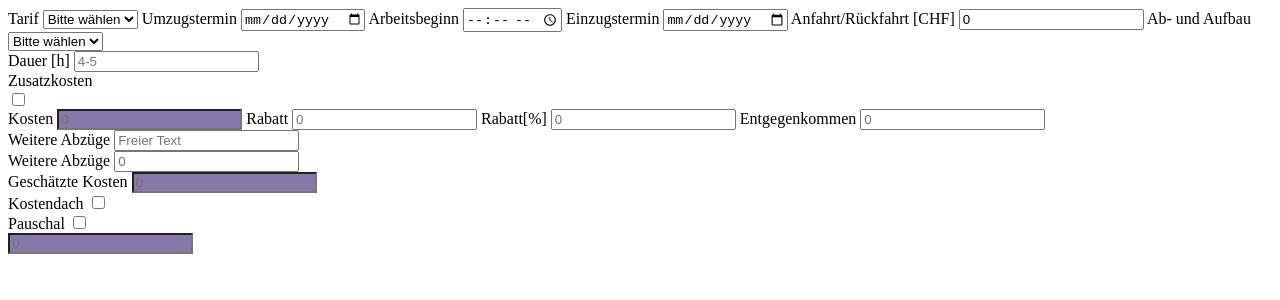
Repository: oguzhansade/SwissTransport
Page: resources/views/front/offer/offerUmzug2.blade.php
An editor plug-in stored every save of this project. The page is shown before and after the next save, followed by the edit.
The browser window is 1280 px wide. The pictures show the whole page.
The page is served by the project's Laravel application, run on PHP 8.4 with Laravel 9. The template is opened directly, without the code that normally fills it, so the values that code supplies are empty.

Above is the page before, as saved 2023-02-04 14:30:08.

After the next save:
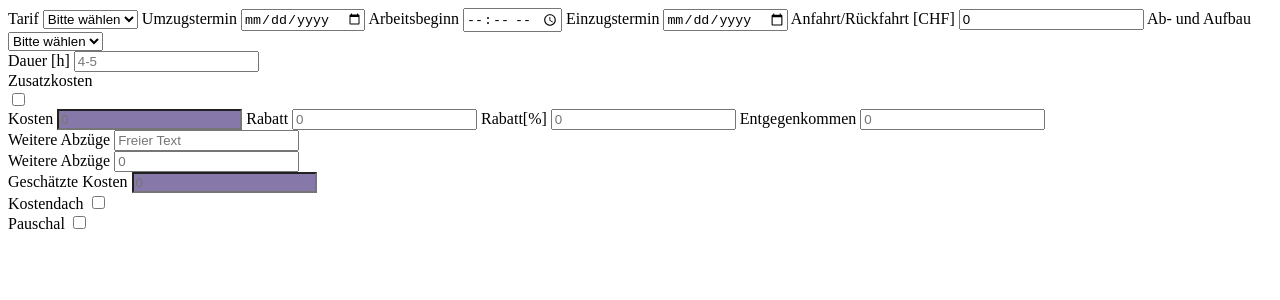
Saved 20 s later.
--- a/resources/views/front/offer/offerUmzug2.blade.php
+++ b/resources/views/front/offer/offerUmzug2.blade.php
@@ -266,7 +266,7 @@
             <input type="checkbox"  name="isPauschal" id="isPauschal" class="js-switch mt-1" data-color="#9c27b0" data-size="small" data-switchery="false" >
         </div>
 
-        <div class="pauschal-area">
+        <div class="pauschal-area" style="display:none;">
             <input class="form-control"  name="umzugDefaultPrice" placeholder="0"  type="number" style="background-color: #8778aa;color:white;">
         </div>
     </div>
